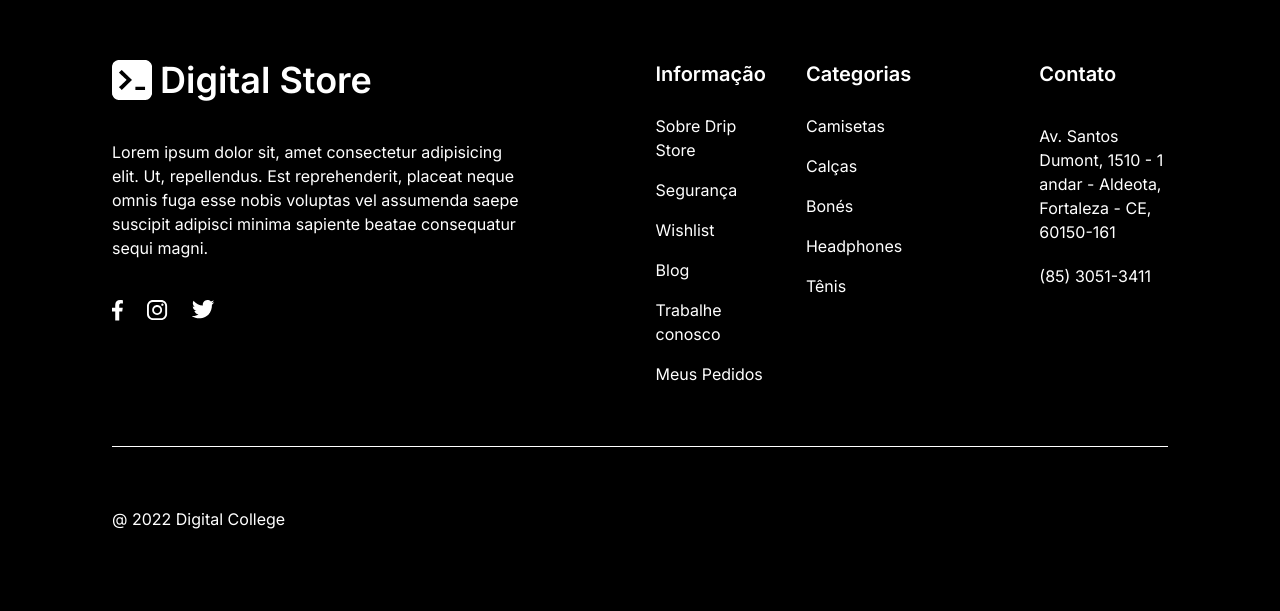
Repository: geracao-09/digital-store
Page: index.html
An editor plug-in stored every save of this project. The page is shown before and after a run of saves, followed by the edit.
The browser window is 1280 px wide. The pictures show the part of the page from y = 3410 to 4021 px (the page is 4021 px tall).
A picture or video elsewhere on the page could not be fetched, so the positions and the page height are approximate.

Above is the page before, as saved 2025-04-25 09:03:13.

### index.html
<!DOCTYPE html>
<html lang="pt-br">
<head>
    <meta charset="UTF-8">
    <meta name="viewport" content="width=device-width, initial-scale=1.0">
    <title>Digital Store</title>
    <link href="./style.css" rel="stylesheet">
    <script src="https://cdn.jsdelivr.net/npm/@tailwindcss/browser@4"></script>
    <link rel="shortcut icon" href="/assets/digital-logo.svg" type="image/x-icon">
</head>
<body>
<header class="flex flex-col gap-12 px-[108px] py-[38px]">
    <div class="flex items-center justify-between">
        <div class="flex gap-1">
            <img src="/assets/digital-logo.svg" alt="Logo da Digital Store">
            <h1 class="text-4xl text-(--primary-color) font-semibold">Digital Store</h1>
        </div>
        <input type="text" placeholder="Pesquisar produto..." class="bg-(--light-gray-3) py-2 px-3 rounded-lg ml-40 mr-14 bg-[url(/assets/icons/search.svg)] bg-no-repeat bg-right focus:placeholder-transparent w-[560px]" />
        <div>
            <a href="#" class="bg-(--primary-color) text-white rounded-lg px-7 py-3 font-bold text-sm">
                Entrar
            </a>
        </div>
        <div class="relative">
            <img src="/assets/icons/cart.svg" alt="Imagem de um carrinho de compras">
            <div class="flex justify-center items-center absolute bg-(--tertiary-color) text-white font-bold text-xs rounded-full w-[18px] h-[18px] bottom-[15px] left-3">
                2
            </div>
        </div>
    </div>
    </div>
    <nav class="pl-32">
        <ul class="flex gap-6 text-(--dark-gray-2)">
            <li class="hover:text-(--primary-color) hover:font-bold">
                <a href="#">
                Home
            </a>
        </li>
            <li class="hover:text-(--primary-color) hover:font-bold">
                <a href="#">
                Produtos
            </a>
        </li>
            <li class="hover:text-(--primary-color) hover:font-bold">
                <a href="#">
                Categorias
            </a>
        </li>
            <li class="hover:text-(--primary-color) hover:font-bold">
                <a href="#">
                Meus Pedidos
            </a>
        </li>
        </ul>
    </nav>
</header>
<main>
    <section class="flex px-[108px] bg-(--light-gray-3) py-[78px] h-[680px] relative">
        <div class="flex flex-col gap-5 w-[466px]">
            <p class="text-(--warning-color) font-bold">
                Melhores ofertas personalizadas
            </p>
            <h2 class="font-extrabold text-6xl">
                Queima de estoque Nike 🔥
            </h2>
            <p class="text-(--dark-gray-2) text-lg">
                Consequat culpa exercitation mollit nisi excepteur do do tempor laboris eiusmod irure consectetur.
            </p>
            <a href="#" class="flex items-center justify-center bg-(--primary-color) text-(--light-gray-3) font-bold w-[220px] h-[48px] rounded-lg">
                Ver Ofertas
            </a>
        </div>
        <img src="/assets/pictures/white-sneakers.svg" alt="Foto de um tenis branco" class="absolute right-28 bottom-8"/>
        <img src="/assets/ornaments/ornament.svg" alt="Firula do site - by wendell" class="absolute top-12 right-8">
    </section>
    <section class="flex flex-col gap-15 px-[108px] py-[42px]">
        <div class="flex flex-col gap-10">
            <h4 class="text-(--dark-gray-2) font-bold text-2xl">
                Coleções em destaque
            </h4>
            <ul class="grid grid-cols-3 gap-3.5 h-68">
                <li  class="flex bg-[#D8E3F2] pl-8 pt-8 rounded-md relative bg-[url(/assets/pictures/star-wars-shirt-pic.svg)] bg-no-repeat bg-bottom-right">
                    <div class="w-1/2 z-10">
                    <p class="bg-[#E7FF86] rounded-4xl font-bold text-(--dark-gray-2) w-[96px] text-center py-1.5 text-sm">
                        30% OFF
                    </p>
                    <h5 class="font-bold text-(--dark-gray) text-4xl mt-2.5 mb-8">
                        Novo drop Supreme
                    </h5>
                    <a href="#" class="text-(--primary-color) bg-white rounded-xl font-bold px-12 py-4.5">
                        Comprar
                    </a>
                </div>
                </li>
                <li  class="flex bg-[#D8E3F2] pl-8 pt-8 rounded-md relative bg-[url(/assets/pictures/sneaks-pic.svg)] bg-no-repeat bg-bottom-right">
                    <div class="w-1/2 z-10">
                    <p class="bg-[#E7FF86] rounded-4xl font-bold text-(--dark-gray-2) w-[96px] text-center py-1.5 text-sm">
                        30% OFF
                    </p>
                    <h5 class="font-bold text-(--dark-gray) text-4xl mt-2.5 mb-8">
                        Coleção Adidas
                    </h5>
                    <a href="#" class="text-(--primary-color) bg-white rounded-xl font-bold px-12 py-4.5">
                        Comprar
                    </a>
                </div>
                </li>
                <li  class="flex bg-[#D8E3F2] pl-8 pt-8 rounded-md relative bg-[url(/assets/pictures/headphone-pic.svg)] bg-no-repeat bg-bottom-right">
                    <div class="w-1/2 z-10">
                    <p class="bg-[#E7FF86] rounded-4xl font-bold text-(--dark-gray-2) w-[96px] text-center py-1.5 text-sm">
                        30% OFF
                    </p>
                    <h5 class="font-bold text-(--dark-gray) text-4xl mt-2.5 mb-8">
                        Novo<br> Beats Bass
                    </h5>
                    <a href="#" class="text-(--primary-color) bg-white rounded-xl font-bold px-12 py-4.5">
                        Comprar
                    </a>
                </div>
                </li>
            </ul>
        </div>
        <div class="bg-[url(/assets/icons/house-border.svg)] bg-no-repeat bg-center object-contain flex flex-col items-center gap-5 pt-5.5 h-[318px]">
            <h1 class="font-bold text-2xl text-(--dark-gray-2)">
                Coleções em destaque
            </h1>
            <ul class="flex gap-8">
                <li><a href="#">
                    <div class="bg-[url(/assets/icons/t-shirt.svg)] w-[104px] h-[104px] bg-white bg-no-repeat bg-center rounded-full"></div>
                    <p class="font-bold text-sm text-(--dark-gray-2) text-center">Camisetas</p>
                </a></li>
                <li><a href="#">
                    <div class="bg-[url(/assets/icons/pants.svg)] w-[104px] h-[104px] bg-white bg-no-repeat bg-center rounded-full"></div>
                    <p class="font-bold text-sm text-(--dark-gray-2) text-center">Calças</p>
                </a></li>
                <li><a href="#">
                    <div class="bg-[url(/assets/icons/cap.svg)] w-[104px] h-[104px] bg-white bg-no-repeat bg-center rounded-full"></div>
                    <p class="font-bold text-sm text-(--dark-gray-2) text-center">Bonés</p>
                </a></li>
                <li><a href="#">
                    <div class="bg-[url(/assets/icons/headphones.svg)] w-[104px] h-[104px] bg-white bg-no-repeat bg-center rounded-full"></div>
                    <p class="font-bold text-sm text-(--dark-gray-2) text-center">Headphones</p>
                </a></li>
                <li><a href="#">
                    <div class="bg-[url(/assets/icons/sneakers.svg)] w-[104px] h-[104px] bg-white bg-no-repeat bg-center rounded-full"></div>
                    <p class="font-bold text-sm text-(--dark-gray-2) text-center">Tênis</p>
                </a></li>
            </ul>
        </div>
    </section>
    <section class="px-[108px]">
        <div class="flex justify-between mb-5">
            <h4 class="text-(--dark-gray-2) font-bold text-2xl">
                Produtos em  alta
            </h4>
            <div class="flex gap-2 items-center">
                <a href="#" class="text-(--primary-color) text-[18px]">
                    Ver todos
                </a>
                <img src="/assets/ornaments/arrow-right.svg" alt="Flecha apontando pra direita" class="w-[24px]">
            </div>
        </div>
        <ul class="grid grid-cols-4">
            <li class="mb-5">
            <div class="bg-[url(/assets/pictures/sneaks-pic2.svg)] w-[292px] h-[320px] bg-white bg-no-repeat bg-center relative">
                <div class="flex justify-center items-center bg-[#E7FF86] font-bold text-sm h-[32px] w-[96px] rounded-4xl absolute left-5 top-5">50% off</div>
            </div>
                <div>
                    <p class="text-xs text-(--light-gray) font-bold">
                        Tênis
                    </p>
                    <h5 class="text-2xl text-(--dark-gray-2)">
                        K-Swiss V8 - Masculino
                    </h5>
                    <div class="flex gap-2">
                    <h5 class="text-(--light-gray) line-through text-2xl">
                        $200
                    </h5>
                    <h5 class="font-bold text-2xl">
                        $100
                    </h5>
                </div>
            </div>
            </li>
            <li class="mb-5">
            <div class="bg-[url(/assets/pictures/sneaks-pic2.svg)] w-[292px] h-[320px] bg-white bg-no-repeat bg-center relative">
                <div class="flex justify-center items-center bg-[#E7FF86] font-bold text-sm h-[32px] w-[96px] rounded-4xl absolute left-5 top-5">50% off</div>
            </div>
                <div>
                    <p class="text-xs text-(--light-gray) font-bold">
                        Tênis
                    </p>
                    <h5 class="text-2xl text-(--dark-gray-2)">
                        K-Swiss V8 - Masculino
                    </h5>
                    <div class="flex gap-2">
                    <h5 class="text-(--light-gray) line-through text-2xl">
                        $200
                    </h5>
                    <h5 class="font-bold text-2xl">
                        $100
                    </h5>
                </div>
            </div>
            </li>
            <li class="mb-5">
            <div class="bg-[url(/assets/pictures/sneaks-pic2.svg)] w-[292px] h-[320px] bg-white bg-no-repeat bg-center relative">
            </div>
                <div>
                    <p class="text-xs text-(--light-gray) font-bold">
                        Tênis
                    </p>
                    <h5 class="text-2xl text-(--dark-gray-2)">
                        K-Swiss V8 - Masculino
                    </h5>
                    <h5 class="font-bold text-2xl">
                        $100
                    </h5>
            </div>
            </li>
            <li class="mb-5">
            <div class="bg-[url(/assets/pictures/sneaks-pic2.svg)] w-[292px] h-[320px] bg-white bg-no-repeat bg-center relative">
            </div>
                <div>
                    <p class="text-xs text-(--light-gray) font-bold">
                        Tênis
                    </p>
                    <h5 class="text-2xl text-(--dark-gray-2)">
                        K-Swiss V8 - Masculino
                    </h5>
                    <h5 class="font-bold text-2xl">
                        $100
                    </h5>
            </div>
            </li>
            <li class="mb-5">
            <div class="bg-[url(/assets/pictures/sneaks-pic2.svg)] w-[292px] h-[320px] bg-white bg-no-repeat bg-center relative">
            </div>
                <div>
                    <p class="text-xs text-(--light-gray) font-bold">
                        Tênis
                    </p>
                    <h5 class="text-2xl text-(--dark-gray-2)">
                        K-Swiss V8 - Masculino
                    </h5>
                    <h5 class="font-bold text-2xl">
                        $100
                    </h5>
            </div>
            </li>
            <li class="mb-5">
            <div class="bg-[url(/assets/pictures/sneaks-pic2.svg)] w-[292px] h-[320px] bg-white bg-no-repeat bg-center relative">
            </div>
                <div>
                    <p class="text-xs text-(--light-gray) font-bold">
                        Tênis
                    </p>
                    <h5 class="text-2xl text-(--dark-gray-2)">
                        K-Swiss V8 - Masculino
                    </h5>
                    <h5 class="font-bold text-2xl">
                        $100
                    </h5>
            </div>
            </li>
            <li class="mb-5">
            <div class="bg-[url(/assets/pictures/sneaks-pic2.svg)] w-[292px] h-[320px] bg-white bg-no-repeat bg-center relative">
            </div>
                <div>
                    <p class="text-xs text-(--light-gray) font-bold">
                        Tênis
                    </p>
                    <h5 class="text-2xl text-(--dark-gray-2)">
                        K-Swiss V8 - Masculino
                    </h5>
                    <h5 class="font-bold text-2xl">
                        $100
                    </h5>
            </div>
            </li>
            <li class="mb-5">
            <div class="bg-[url(/assets/pictures/sneaks-pic2.svg)] w-[292px] h-[320px] bg-white bg-no-repeat bg-center relative">
            </div>
                <div>
                    <p class="text-xs text-(--light-gray) font-bold">
                        Tênis
                    </p>
                    <h5 class="text-2xl text-(--dark-gray-2)">
                        K-Swiss V8 - Masculino
                    </h5>
                    <h5 class="font-bold text-2xl">
                        $100
                    </h5>
            </div>
            </li>

        </ul>
    </section>
    <section class="flex justify-center items-center bg-white py-20 px-18 gap-28">
        <div>
            <div class="w-[456px] h-[456px] bg-linear-(--secondary-gradient) rounded-full  relative">
                <img src="/assets/pictures/ei-jordao.svg" alt="" class="w-[574px] absolute top-[12%] right-[12%] scale-135">
            </div>
        </div>
        <div class="flex flex-col gap-4 w-[40%]">
            <p class="text-sm text-(--primary-color) font-bold">
                Oferta especial
            </p>
            <h2 class="font-bold text-(--dark-gray-2) text-5xl">
                Air Jordan edição de colecionador
            </h2>
            <p class="text-(--dark-gray-2)">
                Lorem ipsum dolor sit amet, consectetur adipiscing elit, sed do eiusmod tempor incididunt ut labore et dolore magna aliqua. Ut enim ad minim veniam, quis nostrud exercitation ullamco laboris nisi ut aliquip
            </p>
            <a href="#" class="flex items-center justify-center bg-(--primary-color) text-(--light-gray-3) font-bold w-[220px] h-[48px] rounded-lg mt-6">
                Ver Ofertas
            </a>
        </div>
    </section>
</main>
<footer class="bg-black text-white py-20 px-28 flex flex-col gap-15">
    <div class="flex gap-32">
        <div  class="flex flex-col gap-10">
            <div class="flex gap-2">
                <img src="/assets/white-logo.svg" alt="Logo da Digital em branco">
                <h4 class="font-semibold text-4xl">Digital Store</h4>
            </div>
        <div>
            <p>Lorem ipsum dolor sit, amet consectetur adipisicing elit. Ut, repellendus. Est reprehenderit, placeat neque omnis fuga esse nobis voluptas vel assumenda saepe suscipit adipisci minima sapiente beatae consequatur sequi magni.</p>
        </div>
        <div>
            <ul class="flex gap-6">
                <li><img src="/assets/icons/facebook.svg" alt="logo da facebook"></li>
                <li><img src="/assets/icons/instagram.svg" alt="logo do instagram"></li>
                <li><img src="/assets/icons/twitter.svg" alt="logo da twitter, vulgo, X"></li>
            </ul>
        </div>
    </div>
        <div class="flex gap-10">
            <ul class="flex flex-col gap-4 list-none">
                <li class="font-semibold text-xl mb-2.5">Informação</li>
                <li><a href="#">
                    Sobre Drip Store
                </a></li>
                <li><a href="#">
                    Segurança
                </a></li>
                <li><a href="#">
                    Wishlist
                </a></li>
                <li><a href="#">
                    Blog
                </a></li>
                <li><a href="#">
                    Trabalhe conosco
                </a></li>
                <li><a href="#">
                    Meus Pedidos
                </a></li>
            </ul>
            <ul class="flex flex-col gap-4 list-none">
                <li class="font-semibold text-xl mb-2.5">Categorias</li>
                <li><a href="#">
                    Camisetas
                </a></li>
                <li><a href="#">
                    Calças
                </a></li>
                <li><a href="#">
                    Bonés
                </a></li>
                <li><a href="#">
                    Headphones
                </a></li>
                <li><a href="#">
                    Tênis
                </a></li>
            </ul>
        </div>
        <div class="flex flex-col gap-5">
            <h6 class="font-semibold text-xl mb-4">Contato</h6>
            <p>Av. Santos Dumont, 1510 - 1 andar - Aldeota, Fortaleza - CE, 60150-161</p>
            <p>(85) 3051-3411</p>
        </div>
    </div>
    <hr>
    <div>
        <p>@ 2022 Digital College</p>
    </div>
</footer>
</body>
</html>

### style.css
@import url('https://fonts.googleapis.com/css2?family=Inter:ital,opsz,wght@0,14..32,100..900;1,14..32,100..900&display=swap');

:root {
    --dark-gray: #1F1F1F;
    --dark-gray-2: #474747;
    --dark-gray-3: #666666;
    --light-gray: #8F8F8F;
    --light-gray-2: #CCCCCC;
    --light-gray-3: #F5F5F5;
    --white: #FFFFFF;
    --primary-color: #C92071;
    --secondary-color: #B5B6F2;
    --tertiary-color: #991956;
    --error-color: #EE4266;
    --success-color: #52CA76;
    --warning-color: #F6AA1C;
    --primary-gradient: 180deg,#C92071, #EDABCA;
    --secondary-gradient: 180deg, #B5B6F2, #EFEFFF;
}

* {
    font-family: "Inter", sans-serif;
    box-sizing: border-box;
}

main {
    background-color: #F9F8FE;
}

### assets/icons/instagram.svg
<svg width="21" height="21" viewBox="0 0 21 21" fill="none" xmlns="http://www.w3.org/2000/svg">
<path d="M15.3772 3.59082C15.0646 3.59082 14.7647 3.71504 14.5436 3.93614C14.3225 4.15725 14.1982 4.45713 14.1982 4.76982C14.1981 4.92473 14.2285 5.07815 14.2877 5.22131C14.3469 5.36447 14.4337 5.49456 14.5432 5.60415C14.6527 5.71373 14.7827 5.80066 14.9258 5.85998C15.0689 5.91929 15.2223 5.94982 15.3772 5.94982C15.6899 5.94982 15.9898 5.82561 16.2109 5.6045C16.432 5.38339 16.5562 5.08351 16.5562 4.77082C16.5564 4.61591 16.526 4.46249 16.4668 4.31933C16.4076 4.17617 16.3208 4.04608 16.2113 3.93649C16.1018 3.82691 15.9718 3.73997 15.8287 3.68066C15.6856 3.62135 15.5322 3.59082 15.3772 3.59082Z" fill="white"/>
<path d="M10.1361 5.10303C8.82331 5.10435 7.56467 5.62637 6.63631 6.55454C5.70794 7.48272 5.18567 8.74126 5.18408 10.054C5.18567 11.3669 5.70791 12.6255 6.63625 13.5539C7.56458 14.4822 8.82322 15.0044 10.1361 15.006C11.449 15.0044 12.7076 14.4822 13.6359 13.5539C14.5643 12.6255 15.0865 11.3669 15.0881 10.054C15.0865 8.74126 14.5642 7.48272 13.6359 6.55454C12.7075 5.62637 11.4489 5.10435 10.1361 5.10303ZM10.1361 13.226C9.29489 13.2252 8.48838 12.8906 7.89366 12.2957C7.29894 11.7008 6.96461 10.8942 6.96408 10.053C6.96488 9.21201 7.29933 8.40566 7.89402 7.81096C8.48871 7.21627 9.29506 6.88182 10.1361 6.88103C10.9771 6.88182 11.7835 7.21627 12.3782 7.81096C12.9728 8.40566 13.3073 9.21201 13.3081 10.053C13.3076 10.8942 12.9732 11.7008 12.3785 12.2957C11.7838 12.8906 10.9773 13.2252 10.1361 13.226Z" fill="white"/>
<path d="M14.0681 20.108H6.03607C4.43499 20.1061 2.90003 19.4693 1.7679 18.3371C0.635768 17.205 -0.00107705 15.67 -0.00292969 14.069V6.04098C-0.00134169 4.43973 0.635388 2.90451 1.76755 1.77216C2.89971 0.639813 4.43482 0.00282968 6.03607 0.000976562H14.0641C15.6651 0.0028292 17.2001 0.639674 18.3322 1.7718C19.4644 2.90394 20.1012 4.4389 20.1031 6.03998V14.068C20.1015 15.6685 19.4653 17.2031 18.334 18.3354C17.2027 19.4676 15.6686 20.1051 14.0681 20.108ZM6.03607 1.89297C4.93662 1.8943 3.88259 2.33164 3.10516 3.10907C2.32773 3.88649 1.8904 4.94053 1.88907 6.03998V14.068C1.88881 15.1685 2.32544 16.224 3.10304 17.0028C3.88064 17.7815 4.93558 18.2197 6.03607 18.221H14.0641C15.1638 18.2199 16.2182 17.7827 16.996 17.0053C17.7738 16.2279 18.2115 15.1737 18.2131 14.074V6.04597C18.2115 4.94626 17.7738 3.89208 16.996 3.11465C16.2182 2.33722 15.1638 1.90003 14.0641 1.89898L6.03607 1.89297Z" fill="white"/>
</svg>

### assets/icons/pants.svg
<svg width="64" height="64" viewBox="0 0 64 64" fill="none" xmlns="http://www.w3.org/2000/svg">
<path d="M20.3125 0.149998C19.7875 0.450001 19.7625 0.612499 19.75 2.9125V5.125L13.3625 32.25C9.41247 49.075 6.99997 59.55 7.02497 59.8375C7.04997 60.15 7.16247 60.3625 7.37497 60.525C7.69997 60.7625 18.2875 64 18.7375 64C18.875 64 19.125 63.875 19.3 63.7125C19.525 63.525 21.775 58.3875 27.075 46C31.1875 36.4125 34.575 28.525 34.6125 28.475C34.6875 28.3875 39.375 39.175 39.375 39.4125C39.375 39.4625 38.225 39.5 36.8125 39.5C34.25 39.5 34.2375 39.5 33.9375 39.8125L33.625 40.1125V45.3V50.4875L33.9125 50.8125C34.1625 51.1 34.625 51.2125 39.7875 52.25C43.6875 53.025 45.4625 53.3375 45.6625 53.2625C45.8125 53.2 48.3875 50.95 51.375 48.2625C55.8 44.2875 56.8375 43.2875 56.975 42.9125C57.1 42.5625 57.125 41.8375 57.1 40.25L57.05 38.0625L53.375 21.9375L49.7 5.8125L49.6375 3.2125L49.5625 0.599998L49.2125 0.299999L48.8625 0H34.7125C24.3 0.0125008 20.5 0.0499992 20.3125 0.149998ZM26.125 3.1875V4.25H24H21.875V3.1875V2.125H24H26.125V3.1875ZM31.5 3.1875V4.25H29.875H28.25V3.1875V2.125H29.875H31.5V3.1875ZM35.75 3.1875V4.25H34.6875H33.625V3.1875V2.125H34.6875H35.75V3.1875ZM41.1 3.2125L41.1375 4.25H39.5H37.875V3.1875V2.1125L39.475 2.15L41.0625 2.1875L41.1 3.2125ZM47.5 3.1875V4.25H45.375H43.25V3.1875V2.125H45.375H47.5V3.1875ZM26.125 7.775C26.125 9.4375 25.875 10.1375 25.025 10.9C24.3125 11.5375 23.5125 11.75 21.7875 11.75C20.4875 11.75 20.3625 11.725 20.425 11.525C20.5 11.3 21.625 6.5 21.625 6.425C21.625 6.4 22.6375 6.375 23.875 6.375H26.125V7.775ZM33.625 15.8375V25.3125L25.8625 43.4375C21.5875 53.4 18.0875 61.575 18.075 61.5875C18.0375 61.6375 9.59997 59.125 9.42497 59.0125C9.32497 58.9625 10.9625 51.8 14.575 36.4375C17.4875 24.0625 19.875 13.925 19.875 13.9C19.875 13.8875 20.625 13.875 21.55 13.875C24.225 13.875 25.3125 13.55 26.575 12.35C27.8 11.1875 28.25 9.95 28.25 7.6875V6.375H30.9375H33.625V15.8375ZM37.875 14.6625V22.95L37.225 23.4375C36.8625 23.7 36.375 24.05 36.1625 24.225L35.75 24.525V15.45V6.375H36.8125H37.875V14.6625ZM41.1375 8.125C41.225 10.0625 41.325 10.4625 42 11.4625C42.5625 12.3125 43.2375 12.9 44.1625 13.325C45.1 13.75 45.925 13.875 47.7625 13.875C49.325 13.875 49.375 13.8875 49.4375 14.15C50.875 20.25 54.875 38.425 54.875 38.875V39.5H48.325H41.775L39.075 33.2C37.5875 29.7375 36.375 26.85 36.375 26.7875C36.3875 26.7375 37.1125 26.15 37.9875 25.5C38.875 24.85 39.6875 24.1625 39.8 23.975C39.975 23.6875 40 22.6875 40 15V6.3625L40.5375 6.4L41.0625 6.4375L41.1375 8.125ZM48.275 9C48.6 10.4125 48.8625 11.6125 48.8625 11.675C48.875 11.725 48.125 11.7625 47.225 11.725C45.675 11.6875 45.5125 11.65 44.9 11.325C43.625 10.625 43.25 9.825 43.25 7.8125V6.375L45.4625 6.4L47.6875 6.4375L48.275 9ZM54.875 41.9375C54.875 42.1875 53.9125 43.1125 49.95 46.6875L45.025 51.125L40.6625 50.25C38.275 49.775 36.1875 49.35 36.0375 49.3125L35.75 49.25V45.4375V41.625H45.3125H54.875V41.9375Z" fill="#8F8F8F"/>
</svg>

Loaded but not shown: assets/icons/headphones.svg (8 lines, source omitted)

After the next 2 saves:
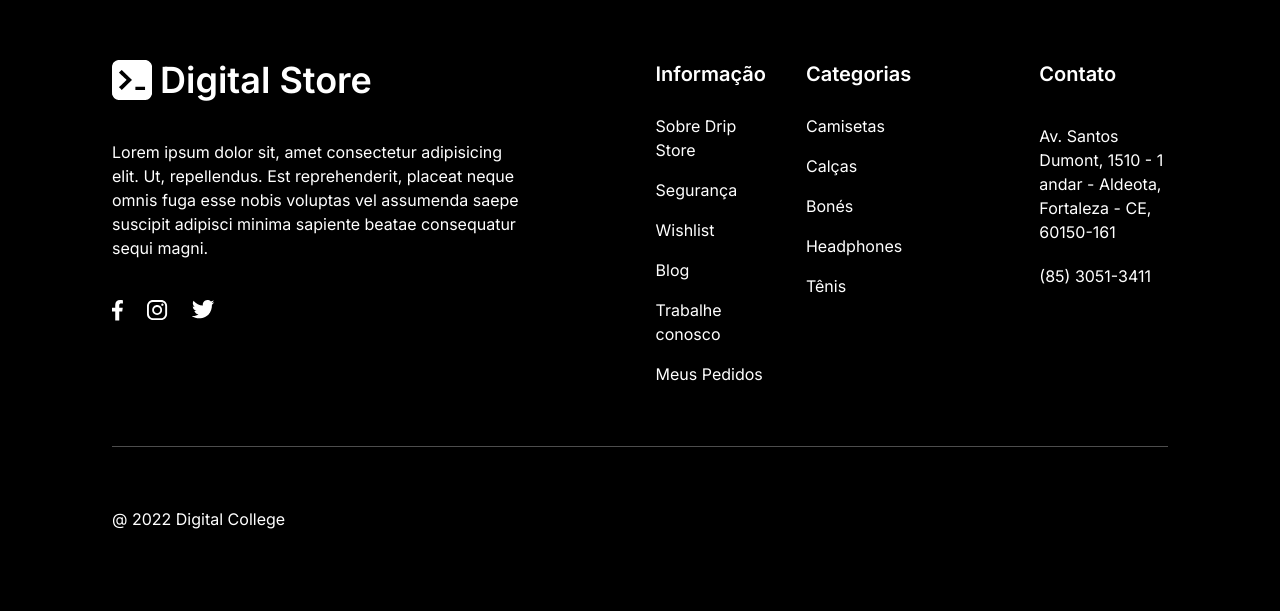
The 2 saves are shown as one change because they came seconds apart.
The last was saved 39 s later.
--- a/index.html
+++ b/index.html
@@ -383,7 +383,7 @@
             <p>(85) 3051-3411</p>
         </div>
     </div>
-    <hr>
+    <hr class="opacity-30">
     <div>
         <p>@ 2022 Digital College</p>
     </div>
